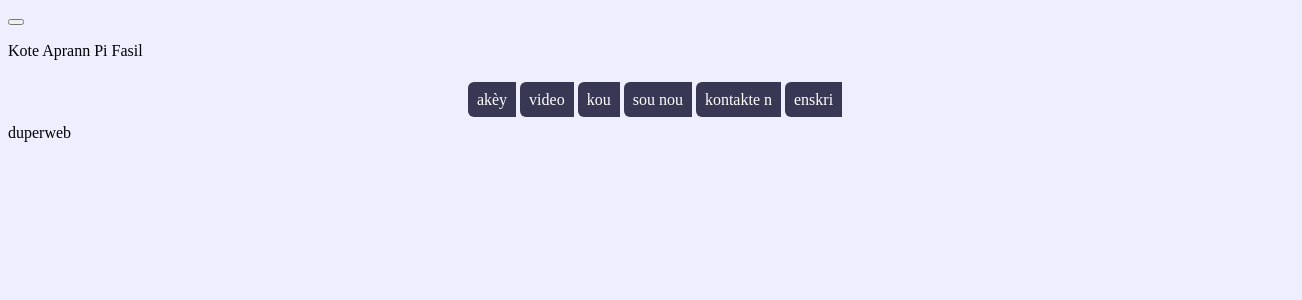
Repository: duperweb/docweb
Page: index.html
These files come from the project's save history. The page is drawn as it stood at one moment and after the next save; the edit follows.
The browser window is 1280 px wide. The page is 1302 px wide, so the pictures cover 1302 px, including what lies to the right of the window. The pictures show the whole page.

Above is the page before, as saved 2021-03-16 15:01:12.

### index.html
<!DOCTYPE html>
<html lang="en">
<head>
    <meta charset="UTF-8">
    <meta http-equiv="X-UA-Compatible" content="IE=edge">
    <meta name="viewport" content="width=device-width, initial-scale=1.0">
    <title>DocWeb: Dokiman Pou Aprann Devlope Web</title>
    <link rel="stylesheet" href="assets/css/home.css">
</head>
<body>
    <!--HEADER SECTION WITH ITS CHILD-->
    <header id="header-pages">

        <nav class="top-message">
            <!--the button menu for mobile devices-->
            <button id="button-top-menu"  title="KLIKE POU WE SA K GEN NAN MENU">
                    <span></span>
                    <span></span>
                    <span></span>
            </button>
            <p>Kote Aprann Pi Fasil </p>
        </nav>

        <!--the top menu horizontal-->
        <nav id="nav-horizontal-menu" class="">
            <a href="index.html">akèy</a>
            <a href="video.html">video</a>
            <a href="kou.html">kou</a>
            <a href="about.html">sou nou</a>
            <a href="mailto:duperweb@gmail.com">kontakte n</a>
            <a href="sign.html" id="signin">enskri</a>
        </nav> <!-- end of the top menu horizontal-->
    </header><!--end of the HEADER SECTION-->
    <section class="container-topline">
        <span class="just-top-line"></span>
        <span class="top-text"> <span class="center">duperweb</span></span>
        <span class="just-top-line"></span>
    </section>
<!--this the top line section-->
</body>
</html>

### assets/css/home.css
/**************************************
IMPORTING OTHER FILE TO LOAD FIRST
*************************************/


/********************************
    RESET DEFAULT BEHAVIOR
********************************/
a {
    text-decoration: none;
}

body {
    background-color: #eef;
    font-family: se
}

/*===================== HEADER PAGES SECTION===========================*/
.header-pages {
    /*with  % make container relative to size and can be centralized*/
    margin: 0 auto;
    width: 100%;
}

#nav-horizontal-menu {
    width: 100%;
    margin: 0 auto;
    padding: 15px;
    border-radius: 0 0 6px 6px;
    text-align: center;
}
#nav-horizontal-menu a {
    color: white;
    background-color: #383855;
    padding: 9px;
    border-radius: 6px 0 0 6px;

}
/*===================== END OF HEADER  TOP SECTION====================*/

After the next save:
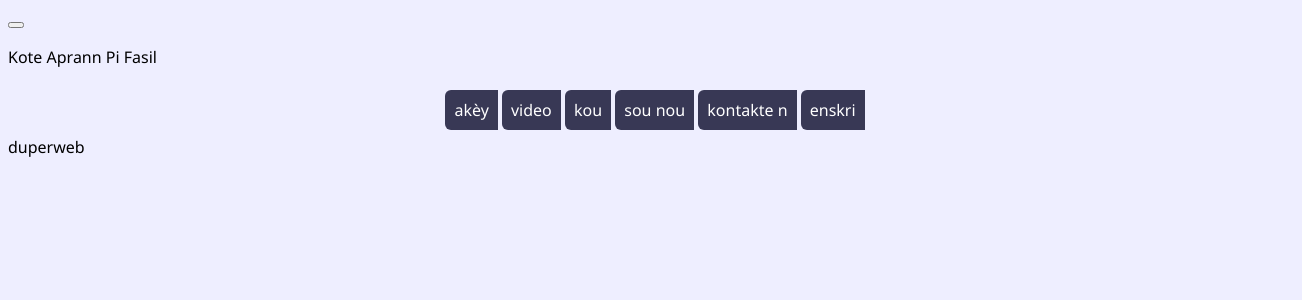
Saved 5 s later.
--- a/assets/css/home.css
+++ b/assets/css/home.css
@@ -12,7 +12,7 @@ a {
 
 body {
     background-color: #eef;
-    font-family: se
+    font-family: 'Segoe UI', Tahoma, Geneva, Verdana, sans-serif
 }
 
 /*===================== HEADER PAGES SECTION===========================*/
